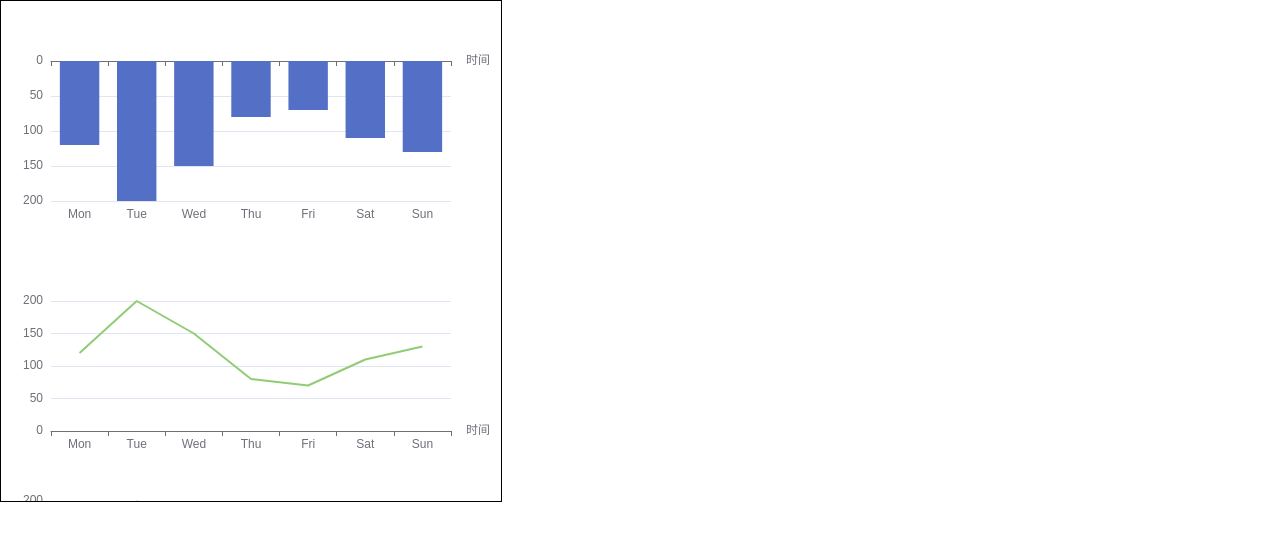
Repository: LeP-Ton/curve
Page: /
The author's editor kept a copy of each file at every save. The page is drawn from the files as they stood at one save, then again after the next save.
The browser window is 1280 px wide. The pictures show the whole page.
The project was rebuilt for these pictures with package versions that can differ from the ones it lists, and the page was loaded fresh each time.

Above is the page before, as saved 2022-08-18 20:21:37.

### src/index.js
import React from "react";
import ReactDOM from "react-dom/client";
import "./index.css";
import Echart from "./Echart";
import reportWebVitals from "./reportWebVitals";

const root = ReactDOM.createRoot(document.getElementById("root"));
const option = {
  tooltip: {
    trigger: "axis",
    // formatter:function(params){
    //   console.log("---",params[0]);
    //   return(`${params[0].axisId}:${params[0].axisValue} ${params[0].seriesName}:${params[0].value}`)
    // }
  },
  xAxis: [
    {
      name: "时间",
      type: "category",
      data: ["Mon", "Tue", "Wed", "Thu", "Fri", "Sat", "Sun"],
    },
    {
      name: "时间",
      type: "category",
      data: ["Mon", "Tue", "Wed", "Thu", "Fri", "Sat", "Sun"],
      gridIndex: 1
    },
    {
      name: "时间",
      type: "category",
      data: ["Mon", "Tue", "Wed", "Thu", "Fri", "Sat", "Sun"],
      gridIndex: 2
    },
  ],
  yAxis: [
    {
      type: "value",
      inverse: true,
    },
    {
      gridIndex: 1
    },
    {
      gridIndex: 2
    }

  ],
  grid: [
    {
      bottom: '60%'
    },
    {
      top: '60%'
    },
    {
      top: '100%',
      bottom: '-60%'
    }
  ],
  series: [
    {
      name: "温度",
      data: [120, 200, 150, 80, 70, 110, 130],
      type: "bar",
    },
    {
      name: "宽度",
      type: "line",
      showSymbol: false,
      data: [120, 200, 150, 80, 70, 110, 130],
      xAxisIndex: 1,
      yAxisIndex: 1,
    },
    {
      name: "长度",
      type: "line",
      showSymbol: false,
      data: [120, 200, 150, 80, 70, 110, 130],
      xAxisIndex: 2,
      yAxisIndex: 2,
    }
  ],
};
root.render(
  <React.StrictMode>
    <Echart options={option} style={{width:'500px', height: "500px" ,border: '1px solid'}} />
  </React.StrictMode>
);

// If you want to start measuring performance in your app, pass a function
// to log results (for example: reportWebVitals(console.log))
// or send to an analytics endpoint. Learn more: https://bit.ly/CRA-vitals
reportWebVitals();

### src/Echart.js
import React, {
  useEffect,
  useRef,
  useState
} from 'react';
import * as echarts from 'echarts';

const Echart = props => {
  const { options, style } = props;
  const chartRef = useRef();
  const [myChart, setMyChart] = useState(null);

  const resizeEcharts = () => {
    myChart.resize();
  };

  useEffect(() => {
    setMyChart(echarts.init(chartRef.current));
  }, []);

  useEffect(() => {
    if (myChart) {
      window.addEventListener('resize', resizeEcharts);
      return () => {
        window.removeEventListener('resize', resizeEcharts);
        myChart.dispose();
        setMyChart(null);
      };
    }
  }, [myChart]);

  useEffect(() => {
    myChart && myChart.setOption(options);
  }, [myChart, options]);

  return <div ref={chartRef} className="default-charts" style={style} />;
};

export default Echart;

Loaded but not shown: public/index.html (common file); src/index.css (common file); src/reportWebVitals.js (common file)

After the next save:
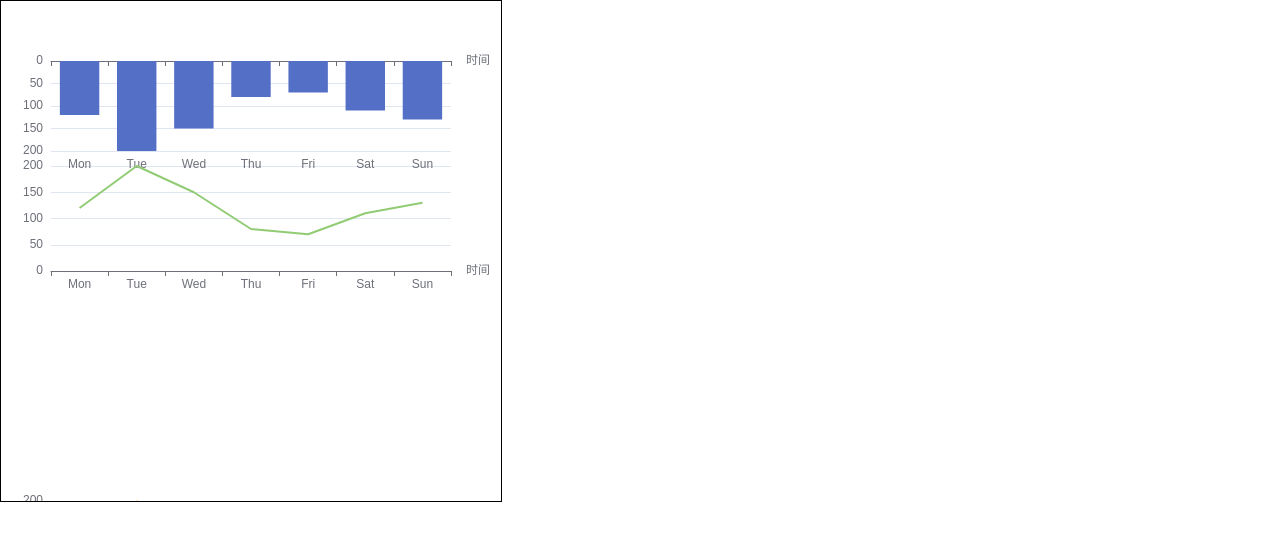
Saved 114 s later.
--- a/src/index.js
+++ b/src/index.js
@@ -47,10 +47,11 @@ const option = {
   ],
   grid: [
     {
-      bottom: '60%'
+      bottom: '70%'
     },
     {
-      top: '60%'
+      top: '33%',
+      bottom:'46%'
     },
     {
       top: '100%',
